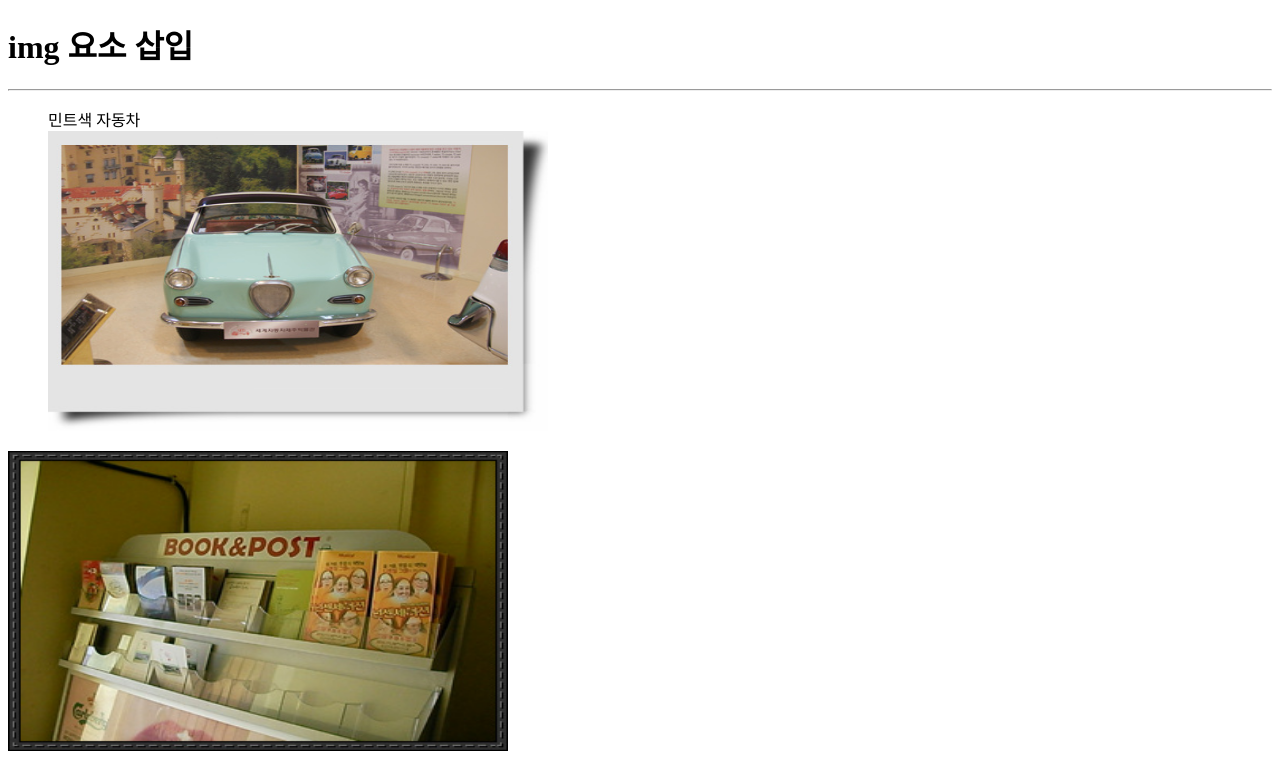
Repository: ghkdtpehd/java_html
Page: 01_HTML/src/main/webapp/Ex03.html
An editor plug-in stored every save of this project. The page is shown before and after the next save, followed by the edit.
The browser window is 1280 px wide. The pictures show the whole page.

Above is the page before, as saved 2021-06-28 01:39:46.

### 01_HTML/src/main/webapp/Ex03.html
<!DOCTYPE html>
<html>
<head>
<meta charset="UTF-8">
<title>Ex03</title>
</head>
<body>
	<h1>img 요소 삽입</h1>
	<hr>

	<div>
		<figure>
			<figcaption>민트색 자동차</figcaption>
			<img src="images/car/car2.jpg" alt="민트차" width="500" height="300" title="박람회에 출품된 차">
		</figure>
		<img alt="" src="images/book.jpg" width="500" height="300">
	</div>
</body>
</html>

After the next save:
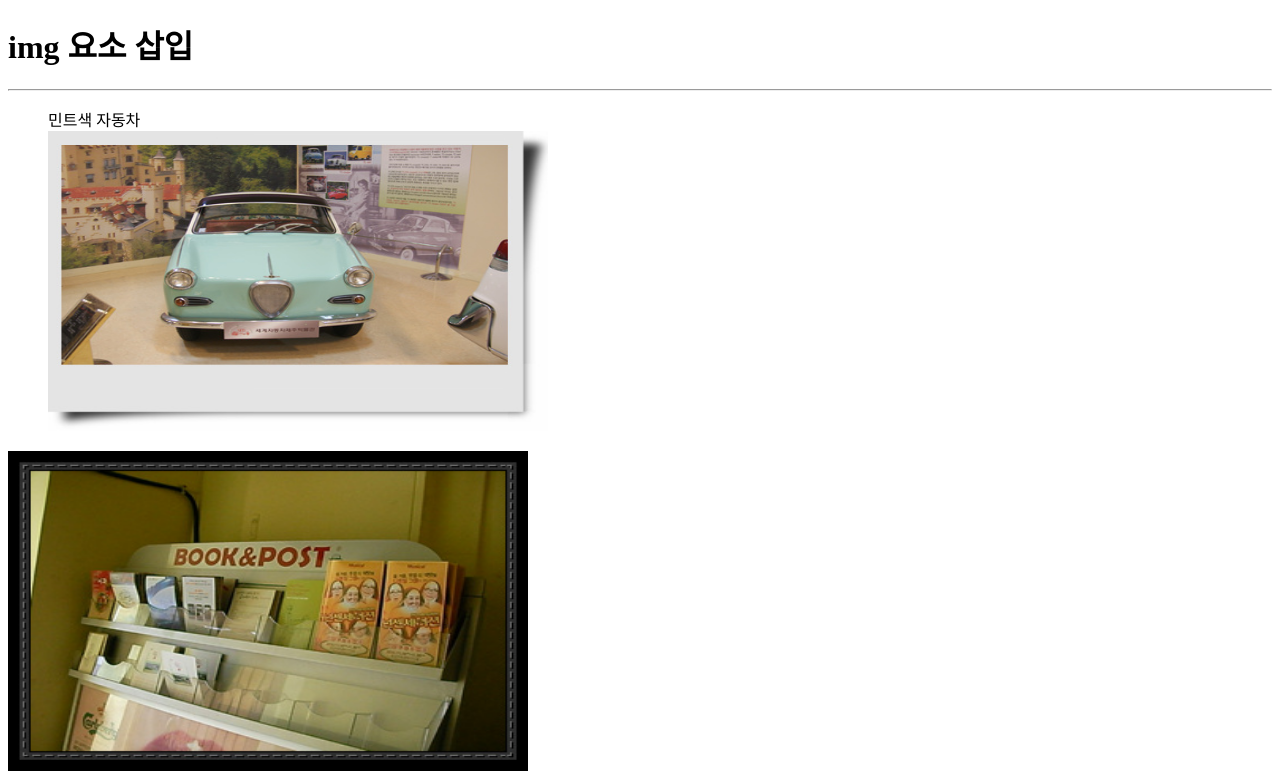
Saved 5 min 1 s later.
--- a/01_HTML/src/main/webapp/Ex03.html
+++ b/01_HTML/src/main/webapp/Ex03.html
@@ -13,7 +13,7 @@
 			<figcaption>민트색 자동차</figcaption>
 			<img src="images/car/car2.jpg" alt="민트차" width="500" height="300" title="박람회에 출품된 차">
 		</figure>
-		<img alt="" src="images/book.jpg" width="500" height="300">
+		<img alt="" src="images/book.jpg" width="500" height="300" border="10">
 	</div>
 </body>
 </html>
